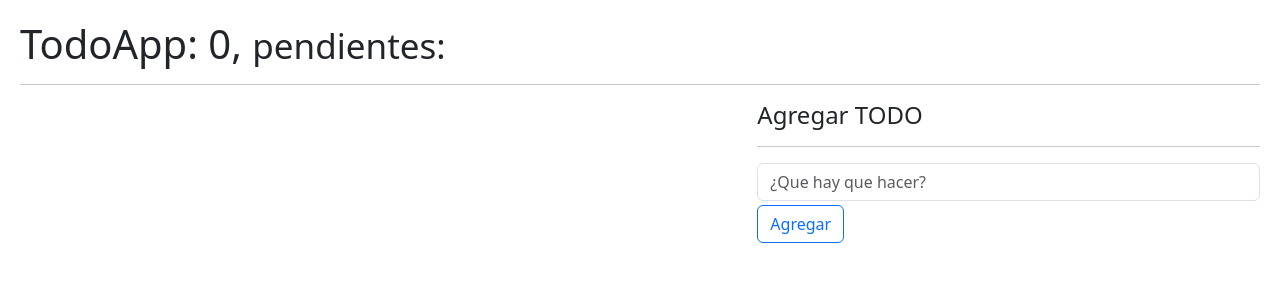
Repository: bryanesteban/hooks-App
Page: /
An editor plug-in stored every save of this project. The page is shown before and after the next save, followed by the edit.
The browser window is 1280 px wide. The pictures show the whole page.
The project was rebuilt for these pictures with package versions that can differ from the ones it lists, and the page was loaded fresh each time. Also part of the build but not shown: vite.config.js, src/HooksApp.jsx, src/01-useState/CounterApp.jsx, src/hooks/useCounter.jsx, src/01-useState/CounterWithCustomHook.jsx, src/02-useEffect/Message.jsx, src/02-useEffect/SimpleForm.jsx, src/02-useEffect/FormWithCustomHook.jsx and 12 more.

Above is the page before, as saved 2024-08-17 09:00:00.

### src/main.jsx
import React from 'react'
import ReactDOM from 'react-dom/client'
import './index.css'
import { HooksApp } from './HooksApp'
import { CounterApp } from './01-useState/CounterApp'
import { CounterWithCustomHook } from './01-useState/CounterWithCustomHook'
import { SimpleForm } from './02-useEffect/SimpleForm'
import { FormWithCustomHook } from './02-useEffect/FormWithCustomHook'
import { MultipleCustomHook } from './03-examples/MultipleCustomHook'
import { FocusScreen } from './04-useRef/FocusScreen'
import { Layout } from './05-useLayoutEffect/Layout'
import { Memorize } from './06-memos/Memorize'
import { MemoHook } from './06-memos/MemoHook'
import { CallbackHook } from './06-memos/CallbackHook'
// import { Padre } from './07-tarea-memo/Padre'

// import './08-useReducer/intro-reducer';
import { TodoApp } from './08-useReducer/TodoApp'

ReactDOM.createRoot(document.getElementById('root')).render(
  // <React.StrictMode>
  //   <FormWithCustomHook />
  // <MultipleCustomHook />
  // <FocusScreen/>
  // <Layout/>
      // <Memorize/>
      // <MemoHook/>
      // <CallbackHook/>
      // <Padre/>
      <TodoApp/>

  // </React.StrictMode>
)

### src/08-useReducer/TodoApp.jsx
import { TodoList } from './TodoList';
import { TodoAdd } from './TodoAdd';
import { useTodo } from './useTodo';

export const TodoApp = () => {

    const { state, handleDeleteTodo, haldleToggleTodo, handleNewTodo } = useTodo ();

    return (
    <>
    <h1>TodoApp: {state.length}, <small>pendientes: {state.filter( todo => !todo.done)}</small></h1>
    <hr/>

        <div className="row">
            <div className="col-7">
                <TodoList
                    state={state}
                    onDeleteTodo = { handleDeleteTodo }
                    onToggleTodo = { haldleToggleTodo }
                />
            </div>
            <div className="col-5">
                <h4>Agregar TODO</h4>
                <hr/>
                <TodoAdd
                    onNewTodo = {handleNewTodo}
                />
            </div>
        </div>

    </>
  )
}

### src/hooks/useForm.js
import { useState } from "react";

export const useForm = ( initialForm = {}) => {

    const [formState, setFormState] = useState( initialForm);


    const onInputChange = ({target}) => {
        const { name, value } = target;
        setFormState({
            ...formState,
            [name]:value
        });
    }

    const onResetForm =() => {
        setFormState(initialForm);
    }

    return {
        ...formState,
        formState,
        onInputChange,
        onResetForm
    }
}

### src/08-useReducer/TodoList.jsx

import { TodoItem } from './TodoItem'

export const TodoList = ({state = [], onDeleteTodo, onToggleTodo}) => {

  return (
        <ul className="list-group">
            {
                state.map(todo => (
                    <TodoItem
                        key={ todo.id }
                        todo={todo}
                        onDeleteTodo = { onDeleteTodo }
                        onToggleTodo = { onToggleTodo }
                    />
                ))
            }

        </ul>
  )
}

### src/08-useReducer/TodoAdd.jsx
import { useState } from "react";
import { useForm } from "../hooks/useForm";



export const TodoAdd = ({onNewTodo}) => {


    const { description, onInputChange, onResetForm} = useForm({
        description:''
    });



    const onFormSubmit = ( event ) => {
        event.preventDefault();
        if(description.length <= 1) return ;

        const newTodo = {
            id: new Date().getTime(),
            done: false,
            description: description,
        }

        onNewTodo(newTodo);
        onResetForm();
    }

    return (
    <>

            <form onSubmit={ onFormSubmit }>
                <input
                     type="text"
                    placeholder="¿Que hay que hacer?"
                    className="form-control"
                    name="description"
                    value={description}
                    onChange={onInputChange}
                />
                <button
                    type="submit"
                    className="btn btn-outline-primary mt-1">
                    Agregar
                </button>
            </form>
    </>
    )
}

### src/08-useReducer/useTodo.jsx
import { useEffect, useReducer } from "react";
import { todoReducer } from "./todoReducer";


export const useTodo = () => {

    const initialState = [];

    const init = () => {
        return JSON.parse(localStorage.getItem('state')) || [];
    }

    const [state, dispatch] = useReducer(todoReducer, initialState,init );

    const handleNewTodo = (todo) => {
        const action = {
            type:'[TODO] Add Todo',
            payload: todo,
        }

        dispatch(action);
    }

    const handleDeleteTodo = (id) => {
        dispatch({
            type:'[TODO] Remove todo',
            payload: id,
        });
    }

    const haldleToggleTodo = (id) => {
        dispatch({
            type:'[TODO] Toggle todo',
            payload: id,
        });
    }

    useEffect(() => {
        localStorage.setItem('state', JSON.stringify( state ));
    },[state])

    return ({
        state,
        handleNewTodo,
        handleDeleteTodo,
        haldleToggleTodo,
    })
}

### src/08-useReducer/todoReducer.js


export const todoReducer = (initialState = [], action) => {

    switch(action.type){
      case '[TODO] Add Todo':
        return [...initialState, action.payload ];
        // return initialState;
        // throw new Error( `${action.type} no esta implementada`);
        case '[TODO] Remove todo':
        return initialState.filter(todo => todo.id !== action.payload);

        case '[TODO] Toggle todo':
        return initialState.map(todo => {

            if(todo.id === action.payload){
                return {
                    ...todo,
                    done: !todo.done
                }
            }

            return todo;
        });



      default:
            return initialState;
    }
}

Loaded but not shown: index.html (common file); src/index.css (common file)

After the next save:
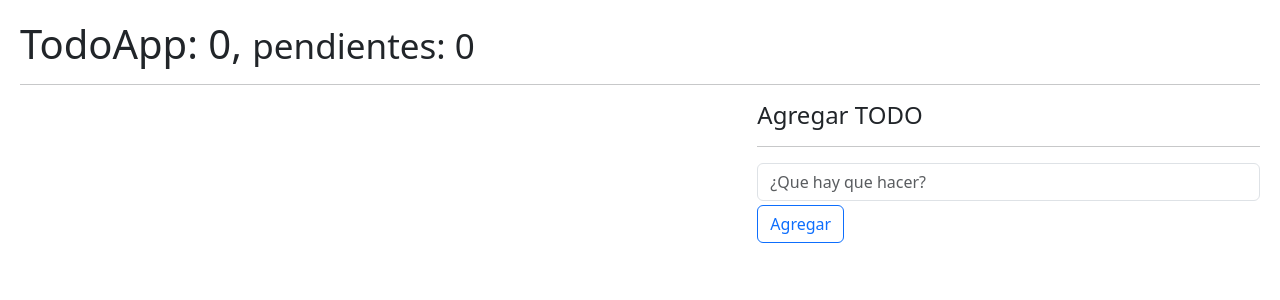
Saved 15 s later.
--- a/src/08-useReducer/TodoApp.jsx
+++ b/src/08-useReducer/TodoApp.jsx
@@ -8,7 +8,7 @@
 
     return (
     <>
-    <h1>TodoApp: {state.length}, <small>pendientes: {state.filter( todo => !todo.done)}</small></h1>
+    <h1>TodoApp: {state.length}, <small>pendientes: {state.filter( todo => !todo.done).length}</small></h1>
     <hr/>
 
         <div className="row">
